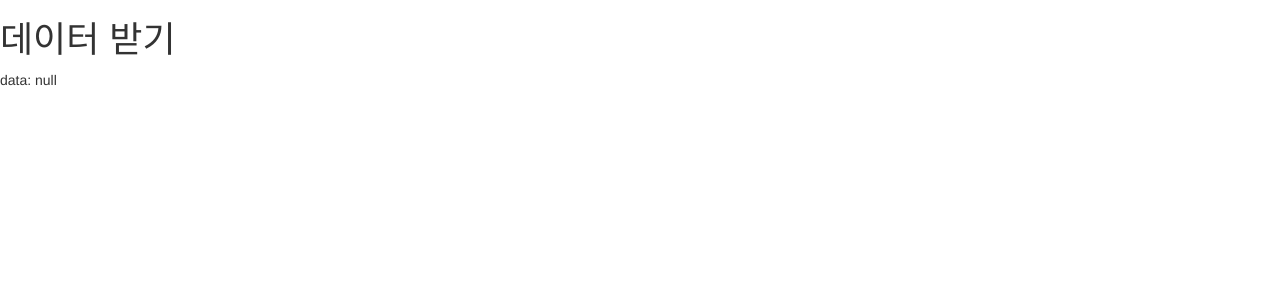
Repository: kimgyuseok/Server
Page: http://localhost/JSPTest/ex04ok.jsp
These files come from the project's save history. The page is drawn as it stood at one moment and after the next save; the edit follows.
The browser window is 1280 px wide. The pictures show the whole page.
The page is served by Tomcat 9.

Above is the page before, as saved 2022-01-06 03:37:05.

### JSPTest/src/main/webapp/ex04ok.jsp
<%@ page language="java" contentType="text/html; charset=UTF-8"
    pageEncoding="UTF-8"%>

<%
	request.setCharacterEncoding("UTF-8");

	String data = request.getParameter("data");
%>
<!DOCTYPE html>
<html>
<head>
<meta charset="UTF-8">
<title>Insert title here</title>
<%@ include file="/inc/asset.jsp" %>
</head>
<body>
	<h1>데이터 받기</h1>

	<p>data: <%=data %></p>

</body>
</html>

### JSPTest/src/main/webapp/inc/asset.jsp
<%@ page language="java" contentType="text/html; charset=UTF-8"
    pageEncoding="UTF-8"%>
<!-- asset.jsp -->

<link rel="stylesheet" href="/jsp/asset/css/bootstrap.css">

<script src="/jsp/asset/js/jquery-1.12.4.js"></script>
<script src="/jsp/asset/js/bootstrap.js"></script>

Loaded but not shown: JSPTest/src/main/webapp/asset/css/bootstrap.css (library); JSPTest/src/main/webapp/asset/js/jquery-1.12.4.js (library); JSPTest/src/main/webapp/asset/js/bootstrap.js (library)

After the next save:
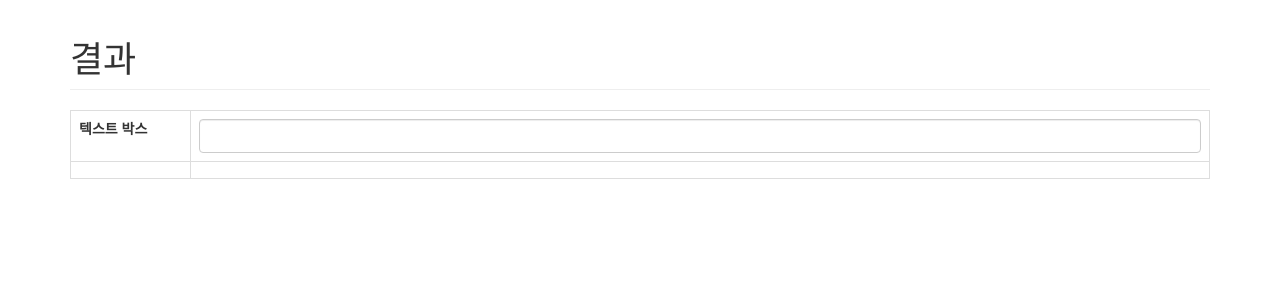
Saved 4 min 7 s later.
--- a/JSPTest/src/main/webapp/ex04ok.jsp
+++ b/JSPTest/src/main/webapp/ex04ok.jsp
@@ -12,11 +12,26 @@
 <meta charset="UTF-8">
 <title>Insert title here</title>
 <%@ include file="/inc/asset.jsp" %>
+<style>
+	table { width:600px; }
+	th { width: 120px; }
+</style>
 </head>
 <body>
-	<h1>데이터 받기</h1>
+	<div class="container">
 
-	<p>data: <%=data %></p>
+		<h1 class="page-header">결과</h1>
+
+		<table class="table table-bordered">
+			<tr>
+				<th>텍스트 박스</th>
+				<td><input type="text" name="txt1" class="form-control"></td>
+			</tr>
+			<tr>
+				<th></th>
+				<td></td>
+			</tr>
+		</table>
 
 </body>
 </html>
